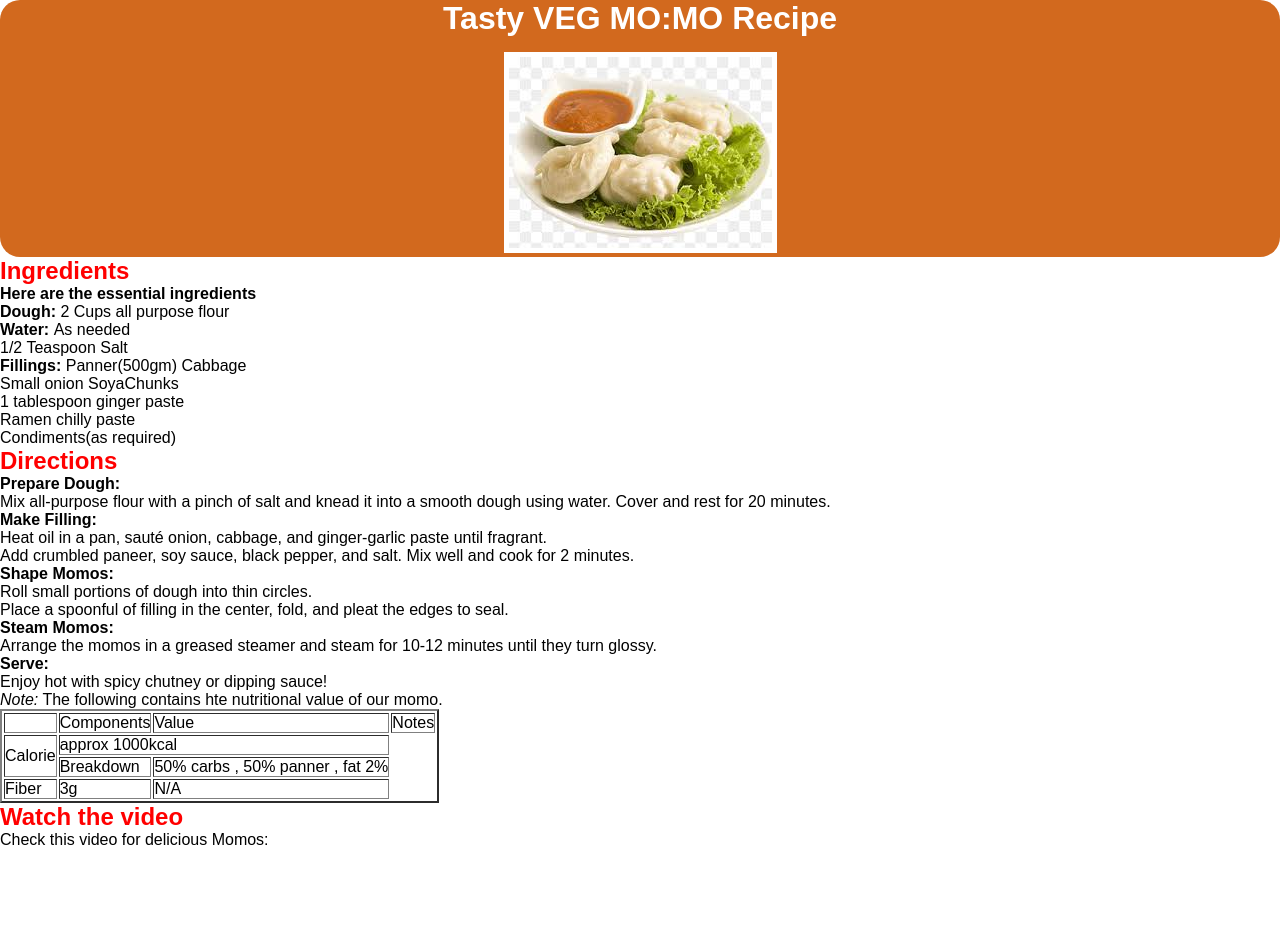
Repository: GigaByte6610/recipe
Page: index.html
An editor plug-in stored every save of this project. The page is shown before and after the next save, followed by the edit.
The browser window is 1280 px wide. The pictures show the part of the page from y = 0 to 952 px (the page is 1204 px tall before and 1219 px after).
Pictures or frames that could not be fetched are drawn as grey boxes.

Above is the page before, as saved 2025-02-05 04:19:57.

After the next save:
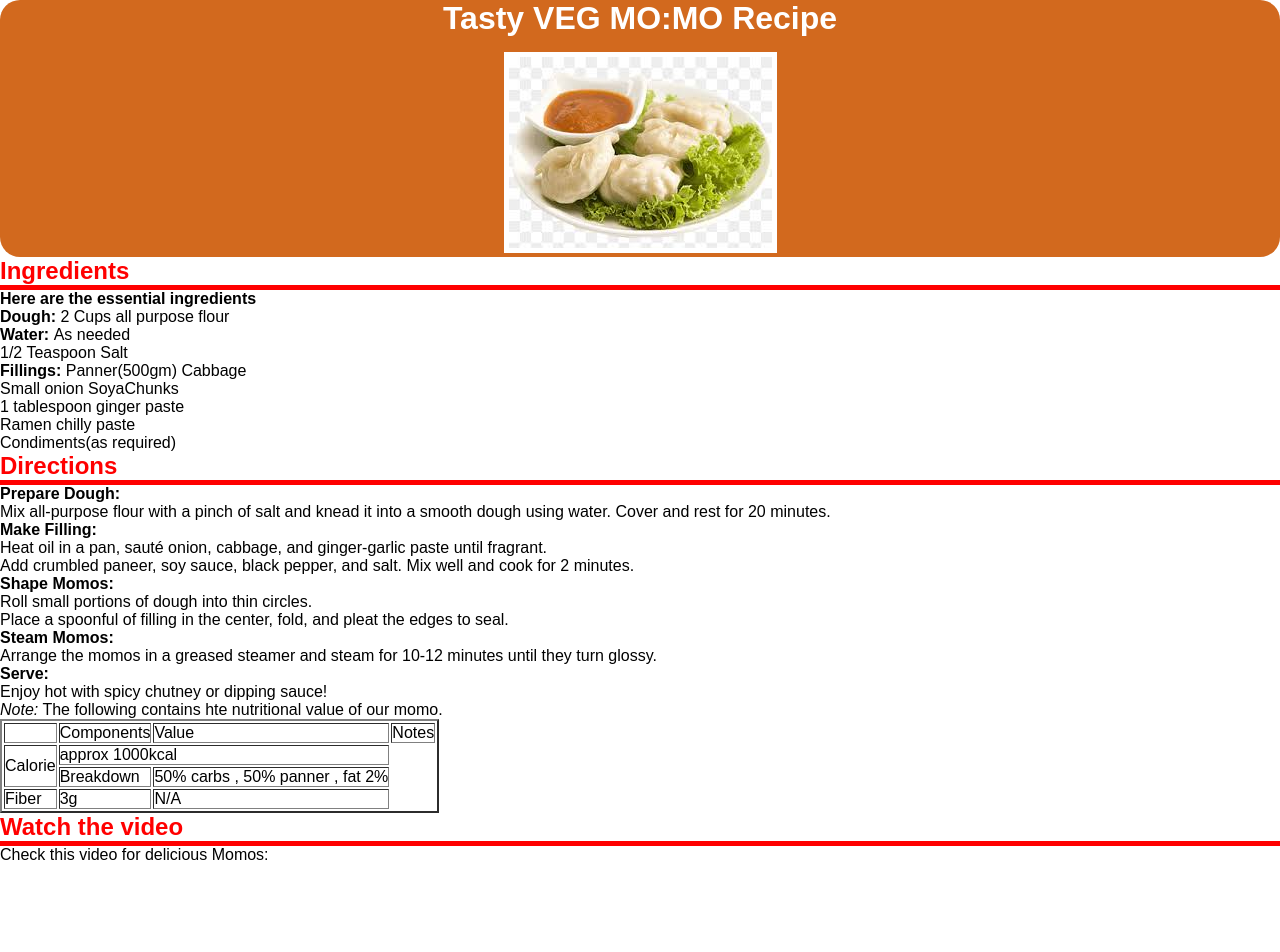
Saved 63 s later.
--- a/style.css
+++ b/style.css
@@ -27,4 +27,5 @@ header img {
 
 section h2 {
     color: red;
+    border-bottom: 5px solid;
 }
